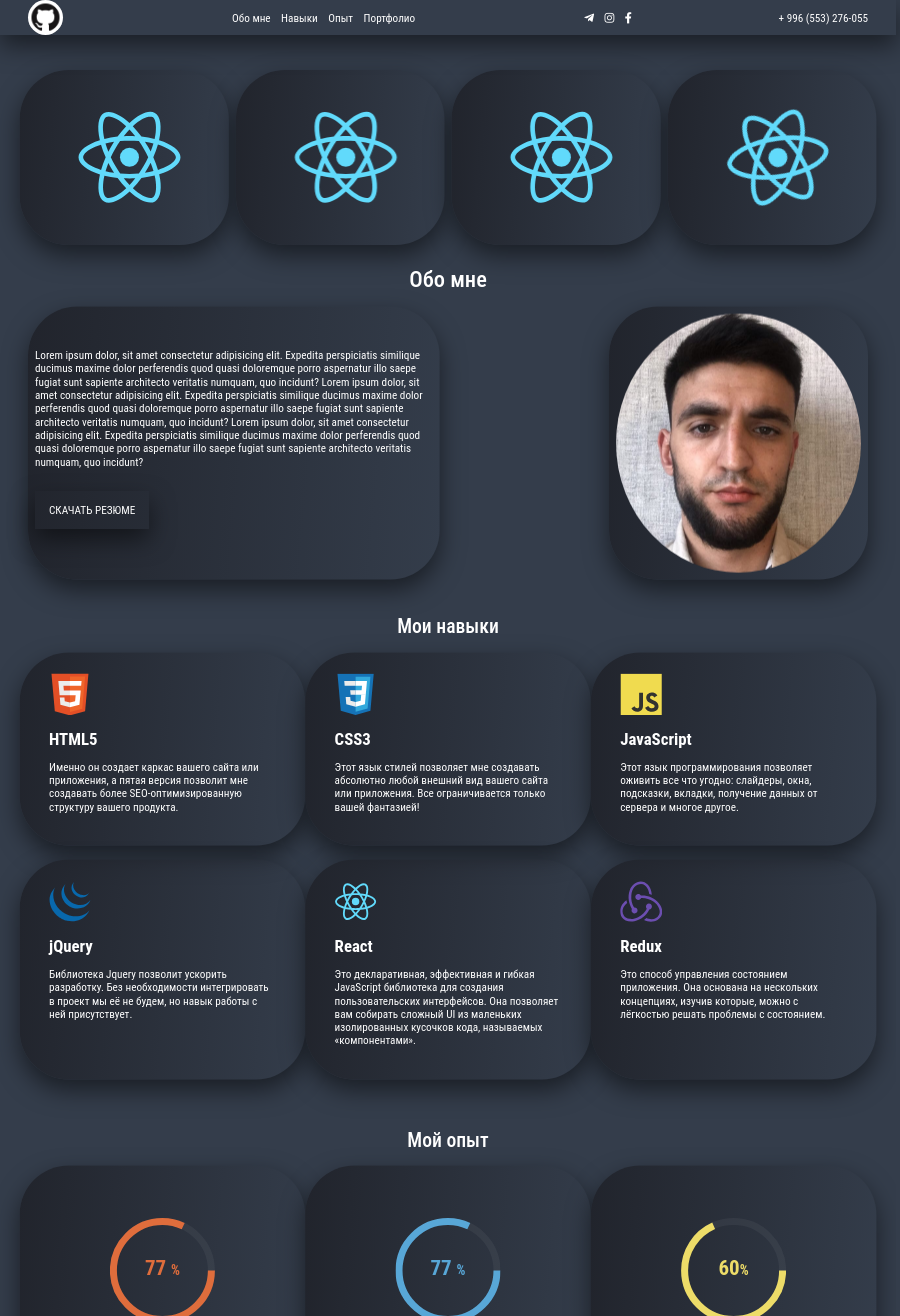
Repository: aligadzhiev0595/my-portfolio
Page: index.html
An editor plug-in stored every save of this project. The page is shown before and after the next save, followed by the edit.
The browser window is 1280 px wide. The page is 1286 px wide, so the pictures cover 1286 px, including what lies to the right of the window. The pictures show the part of the page from y = 0 to 1880 px (the page is 3078 px tall), at 70% of full size.
The style sheet was rebuilt from its Sass, Less or Tailwind sources for each picture, by a compiler version that may differ from the author's.

Above is the page before, as saved 2021-05-09 21:29:03.
Console error: TypeError: Cannot read properties of null (reading 'classList')

After the next save:
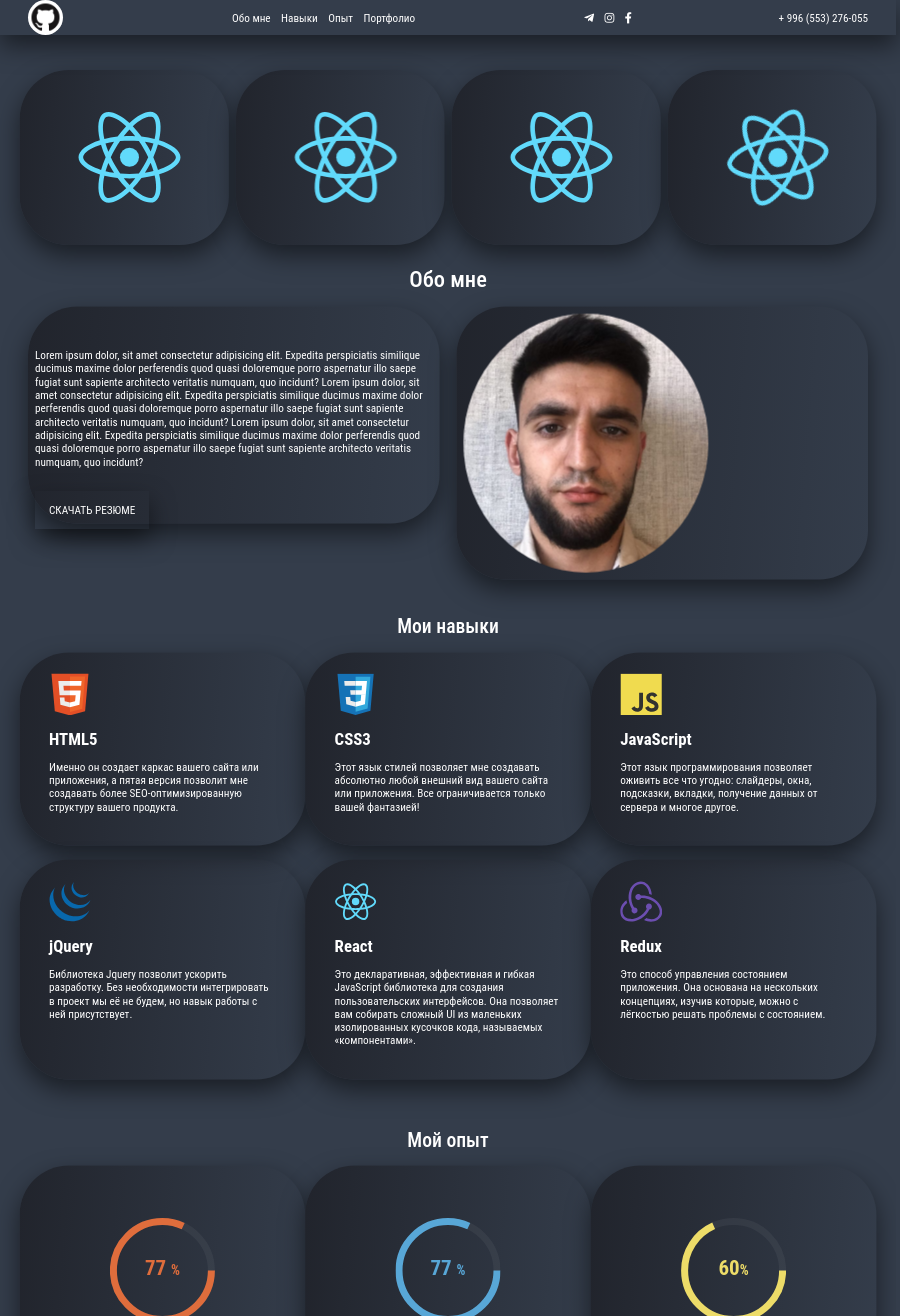
Saved 11 s later.
--- a/src/scss/_about-me.scss
+++ b/src/scss/_about-me.scss
@@ -10,8 +10,7 @@
 
     .row {
         .col {
-            display: flex;
-            justify-content: flex-end;
+
 
             .wrapper {
                 background: linear-gradient(95deg, rgb(33, 36, 44) 0%, rgba(15, 15, 16, 0) 100%);

After the 2 saves that followed:
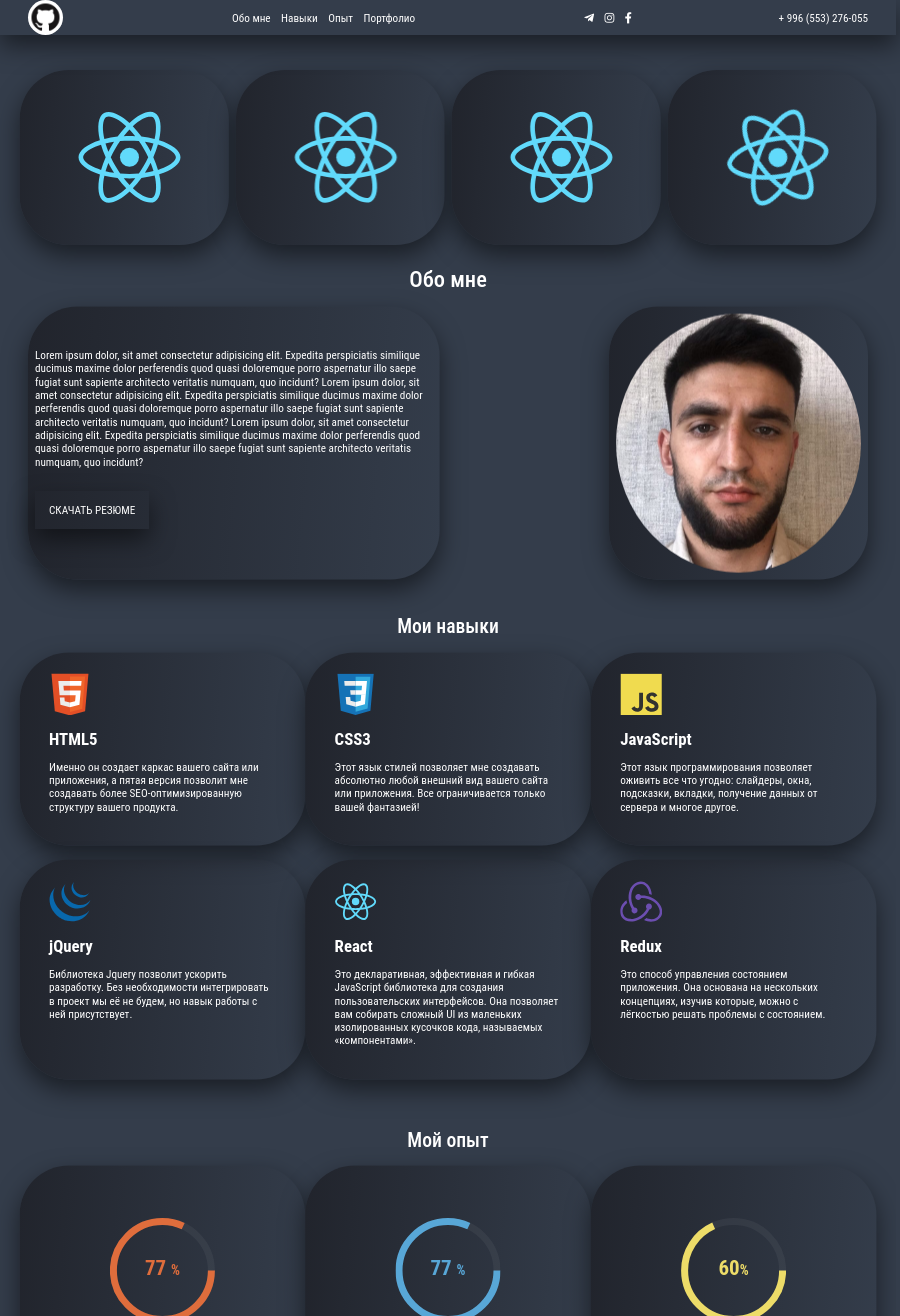
The 2 saves are shown as one change because they came seconds apart.
The last was saved 12 s later.
--- a/src/scss/_about-me.scss
+++ b/src/scss/_about-me.scss
@@ -9,13 +9,16 @@
     }
 
     .row {
-        .col {
 
 
+        .col {
+            display: flex;
+            justify-content: flex-end;
+
             .wrapper {
-                background: linear-gradient(95deg, rgb(33, 36, 44) 0%, rgba(15, 15, 16, 0) 100%);
-                box-shadow: 0 15px 35px rgba(0, 0, 0, 0.5);
-                border-radius: 70px;
+                 background: linear-gradient(95deg, rgb(33, 36, 44) 0%, rgba(15, 15, 16, 0) 100%);
+        box-shadow: 0 15px 35px rgba(0, 0, 0, 0.5);
+        border-radius: 70px;
                 padding: 10px;
                 &__subtitle {
                     color: #fff;
